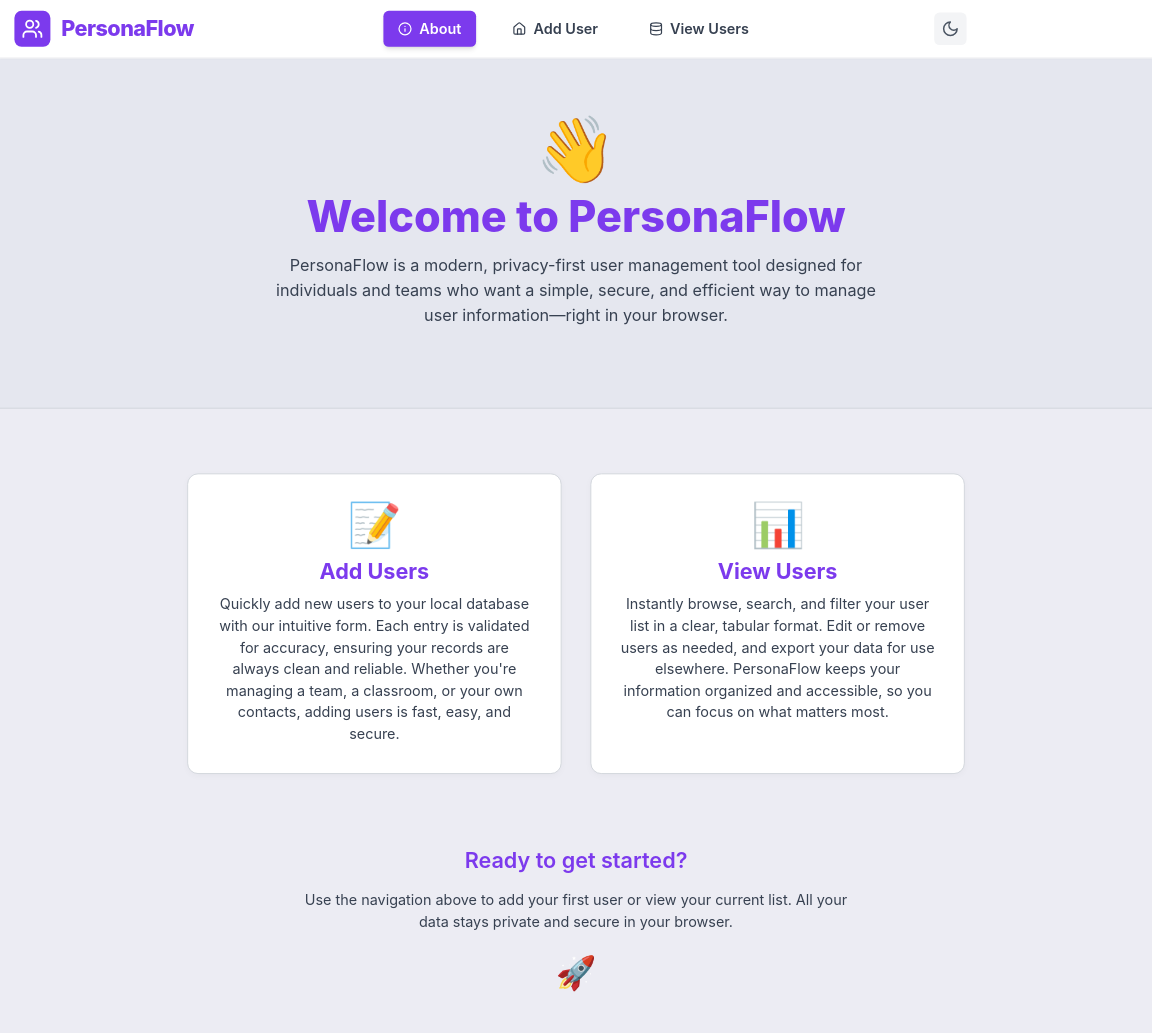
Repository: nikunjagarwal05/PersonaFlow
Page: /
An editor plug-in stored every save of this project. The page is shown before and after the next save, followed by the edit.
The browser window is 1280 px wide. The pictures show the whole page, at 90% of full size.
The project was rebuilt for these pictures with package versions that can differ from the ones it lists, and the page was loaded fresh each time. Also part of the build but not shown: vite.config.ts, src/components/Toast.jsx, src/components/LanguageSelector.jsx, src/components/UserForm.jsx, src/utils/localStorage.js, src/pages/Home.jsx, src/components/UserTable.jsx, src/components/SearchBar.jsx and 3 more.

Above is the page before, as saved 2025-06-12 12:18:25.

After the next save:
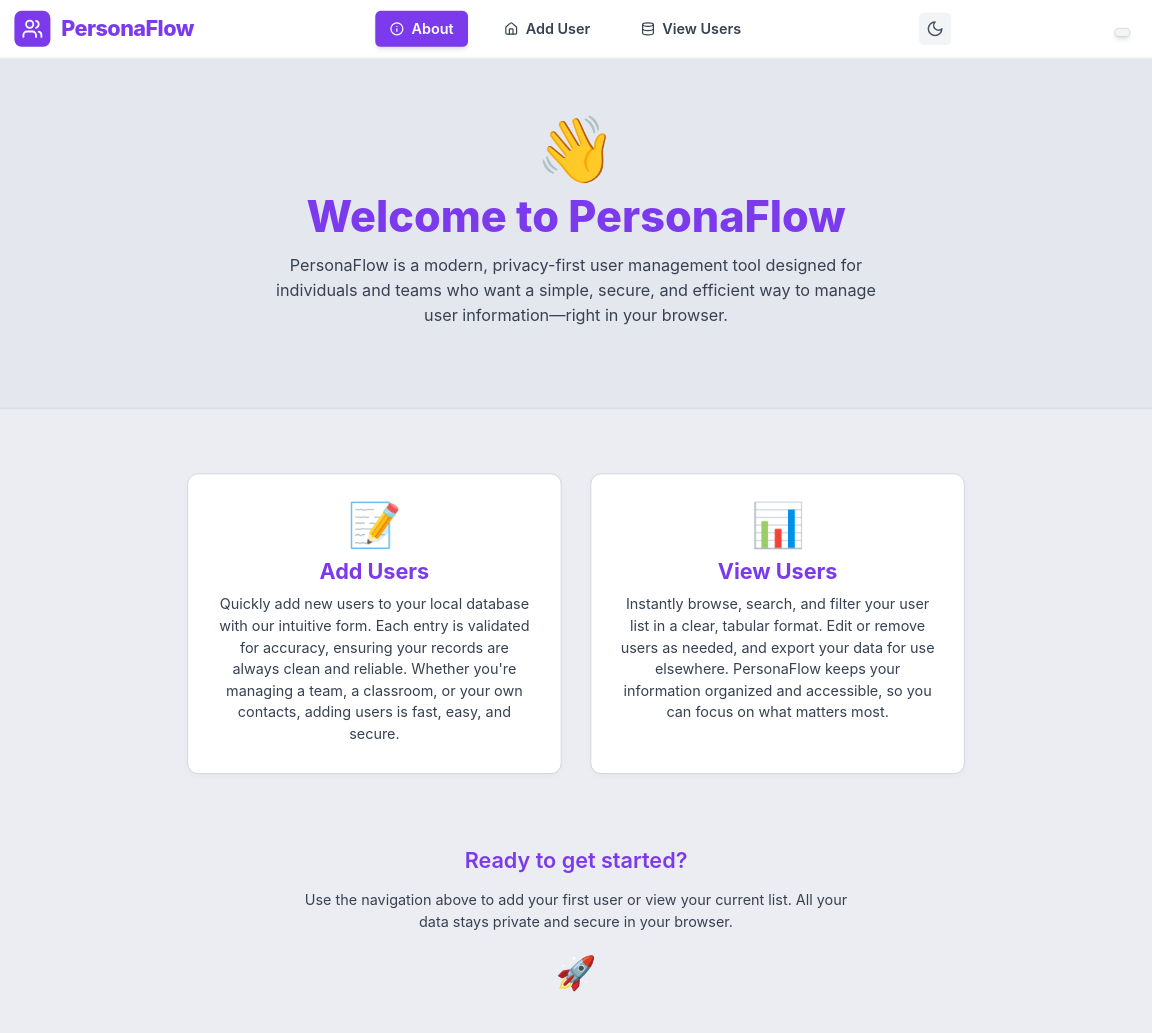
Saved 5 s later.
--- a/src/components/Navbar.jsx
+++ b/src/components/Navbar.jsx
@@ -73,8 +73,8 @@ const Navbar = ({ darkMode, toggleDarkMode }) => {
           </button>
         </div>
 
-        <div>
-
+        <div className=''>
+          <div id="google_translate_element" className="mt-2"></div>
         </div>
       </div>
     </nav>
